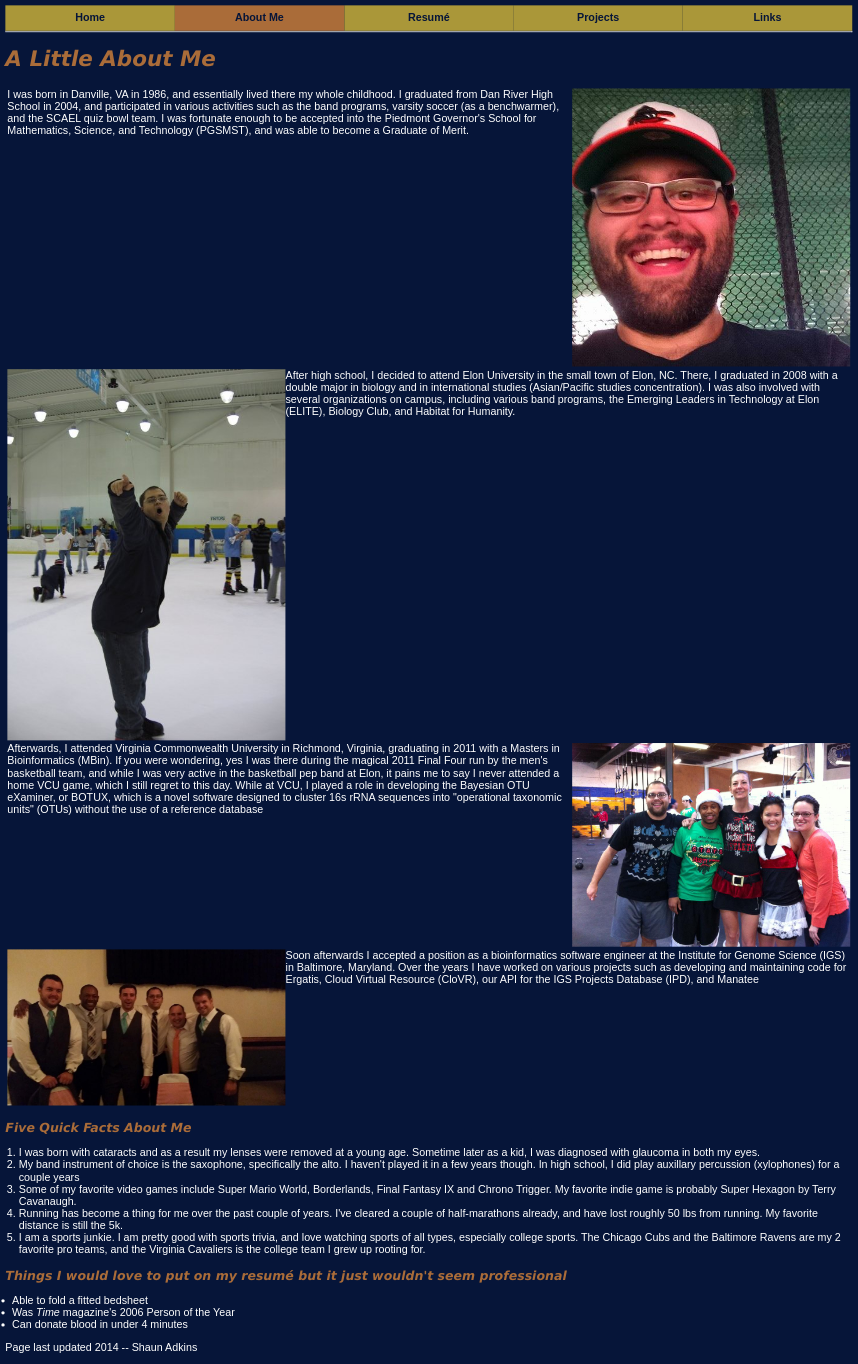
Repository: adkinsrs/sadkins_site
Page: html/about.html
The author's editor kept a record of every edit. The page is drawn from the files as they stood at one moment, then again after the next edit.
The browser window is 1280 px wide. The pictures show the whole page, at 67% of full size.

Above is the page before.

After the next edit:
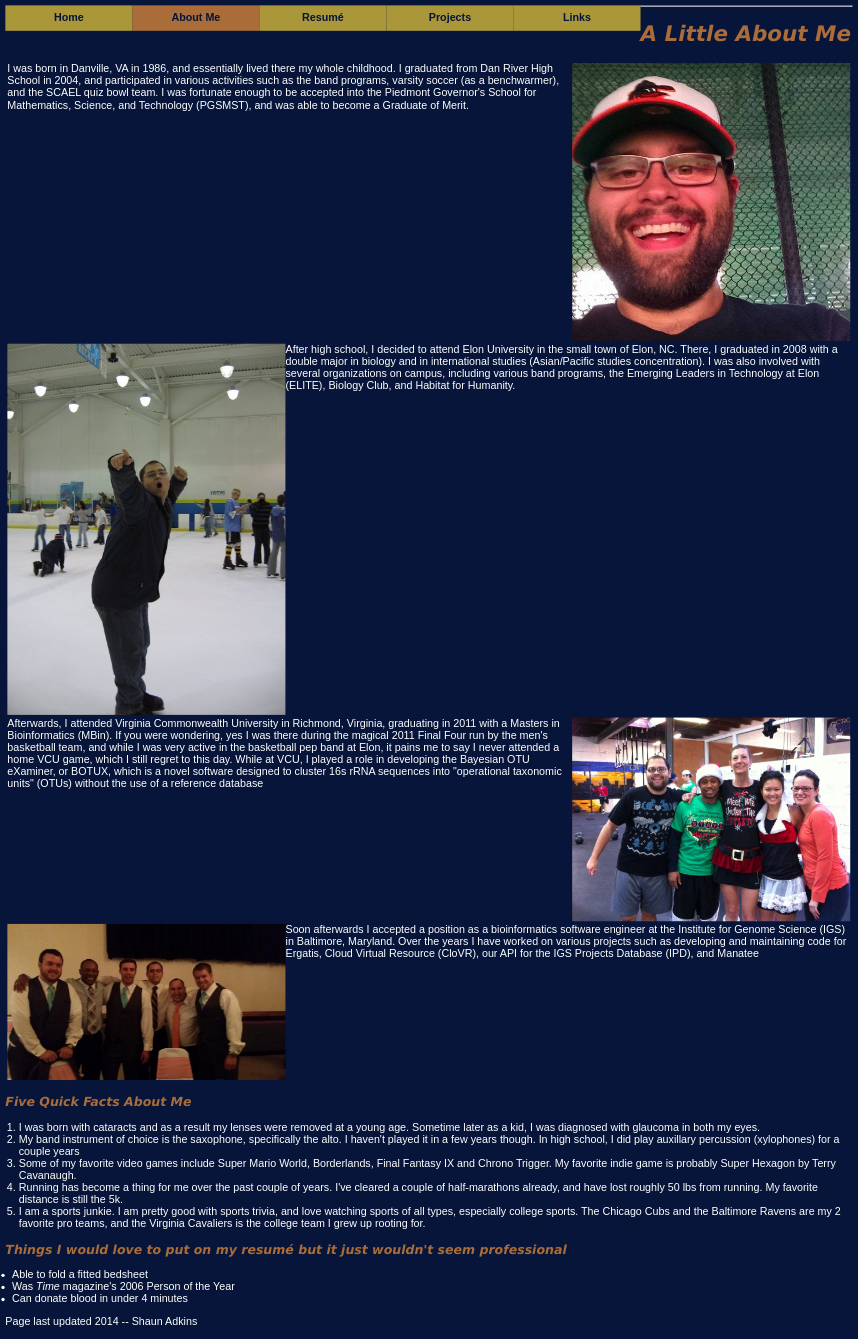
The edit:
--- a/css/main.css
+++ b/css/main.css
@@ -136,7 +136,7 @@
 @media screen and (min-width: 721px){
     .navmenu {
         float: left;
-        width: 20%;
+        width: 15%;
     }
 
     /* <a> menu links */
